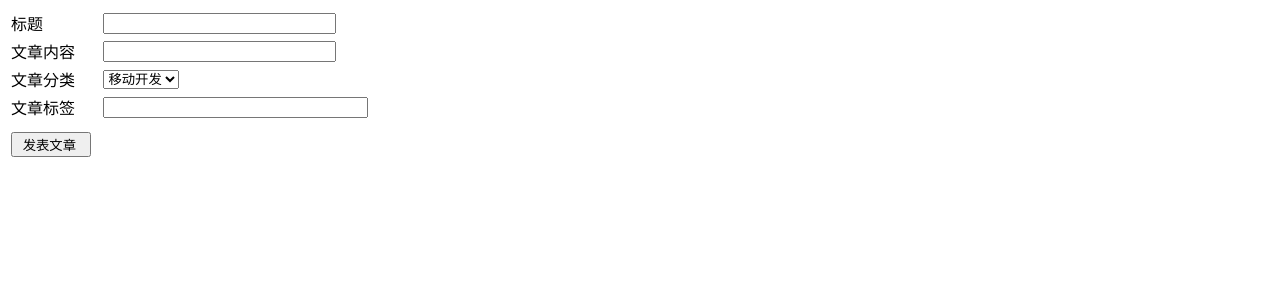
Repository: tangqingyun/java
Page: http://localhost/tamny_blog/postedit.jsp
An editor plug-in stored every save of this project. The page is shown before and after the next save, followed by the edit.
The browser window is 1280 px wide. The pictures show the whole page.
The page is served by Tomcat 9. Nobody is signed in. The application's start-up code is not run. Other server files are loaded and not shown.

Above is the page before, as saved 2015-01-21 09:51:53.

### tamny_blog/WebContent/postedit.jsp
<%@ page language="java" import="java.util.*" pageEncoding="UTF-8"%>

<!DOCTYPE html PUBLIC "-//W3C//DTD HTML 4.01 Transitional//EN" "http://www.w3.org/TR/html4/loose.dtd">
<html>
<head>
<meta http-equiv="Content-Type" content="text/html; charset=UTF-8">
<title>Insert title here</title>
</head>
<body>

 <form action="${pageContext.request.contextPath}/blogs/pubblog"
		method="post">
		<table id="table_01">
			<tr>
				<td>标题</td>
				<td><input type="text" name="user.username" size="26" /></td>
			</tr>
			<tr>
				<td>文章内容</td>
				<td><input type="text" name="user.nickname" size="26" /></td>
			</tr>
			<tr>
				<td>文章分类</td>
				<td><select name="user.sex">
						<option value="1">移动开发</option>
						<option value="2">Web前端</option>
						<option value="3">架构设计</option>
						<option value="4">编程语言</option>
						<option value="5">互联网</option>
						<option value="6">数据库</option>
						<option value="7">系统运维</option>
						<option value="8">云计算</option>
						<option value="9">研发管理</option>
						<option value="10">综合</option>
				</select></td>
			</tr>

			<tr>
				<td>文章标签</td>
				<td><input type="text" name="user.nickname" size="30" /></td>
			</tr>

			<tr>
				<td style="padding-top: 10px;"><input type="submit"
					name="submit" value=" 发表文章  " />&nbsp;&nbsp;</td>
			</tr>
		</table>
	</form>

</body>
</html>

After the next save:
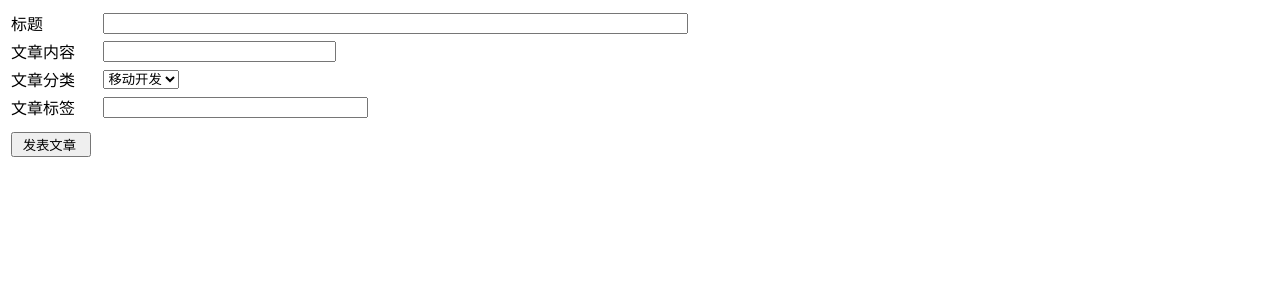
Saved 15 s later.
--- a/tamny_blog/WebContent/postedit.jsp
+++ b/tamny_blog/WebContent/postedit.jsp
@@ -13,7 +13,7 @@
 		<table id="table_01">
 			<tr>
 				<td>标题</td>
-				<td><input type="text" name="user.username" size="26" /></td>
+				<td><input type="text" name="user.username" size="70" /></td>
 			</tr>
 			<tr>
 				<td>文章内容</td>
